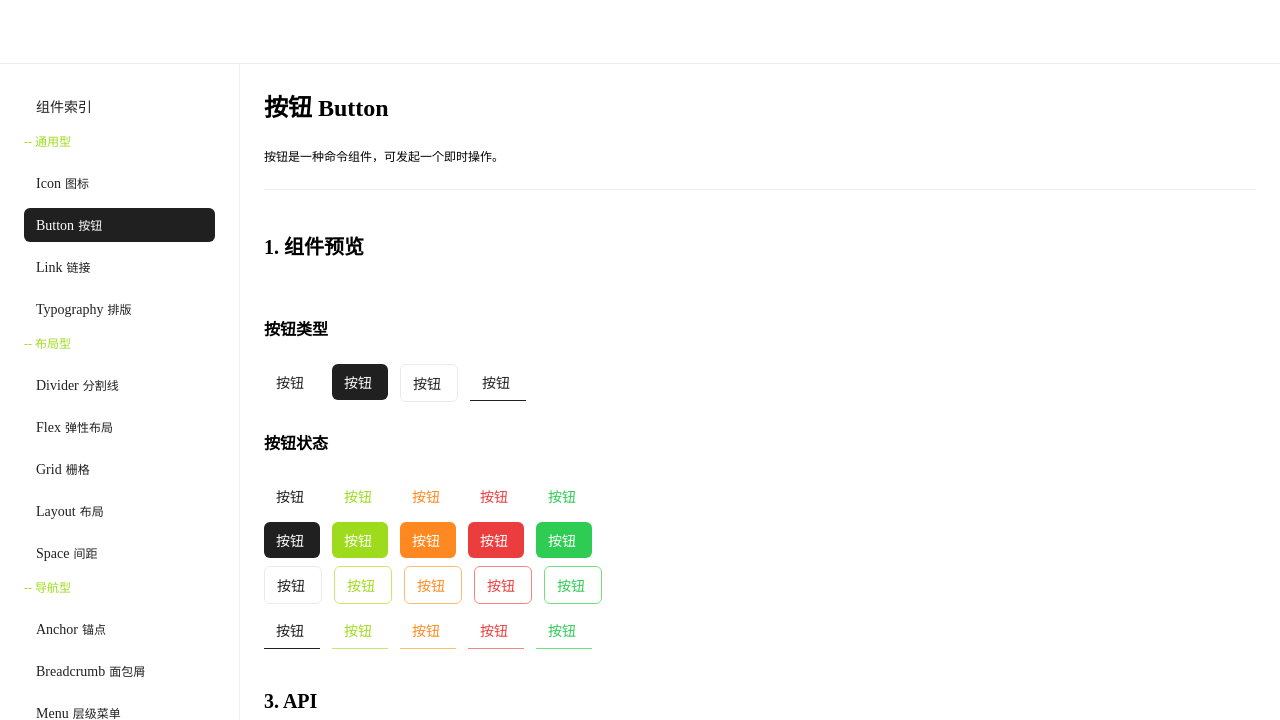
Repository: suminhan007/LandDesign
Page: /
An editor plug-in stored every save of this project. The page is shown before and after the next save, followed by the edit.
The browser window is 1280 px wide. The pictures show the whole page.
An inner scrolling area shows only its first screen. The project was rebuilt for these pictures with package versions that can differ from the ones it lists, and the page was loaded fresh each time. Also part of the build but not shown: vite.config.ts, packages/Pop.tsx, example/components/ComponentPreview.tsx, packages/Icon.tsx, example/components/IconExample.tsx.

Above is the page before, as saved 2024-03-17 18:59:25.

### index.html
<!DOCTYPE html>
<html lang="en">
  <head>
    <meta charset="UTF-8" />
    <link rel="icon" type="image/svg+xml" href="/vite.svg" />
    <meta name="viewport" content="width=device-width, initial-scale=1.0" />
    <title>Land Design</title>
  </head>
  <body>
    <div id="root"></div>
    <script type="module" src="/example/main.tsx"></script>
  </body>
</html>

### example/App.tsx
import React, { useState } from 'react';
import styled from 'styled-components';
import "./app.css";
import '../style/atomic.scss';
import '../style/variable.scss';

import Button from '../packages/Button';
import Divider from '../packages/Divider';
import Table from '../packages/Table';
import Title from '../packages/Title';
import ComponentPreview from './components/ComponentPreview';

// 引入数据
import {
  COMMON_COMPONENTS_DATA,
  LAYOUT_COMPONENTS_DATA,
  NAV_COMPONENTS_DATA,
  INPUT_COMPONENTS_DATA,
  DISPLAY_COMPONENTS_DATA,
  FEEDBACK_COMPONENTS_DATA,
  TEXT_COMPONENTS_DATA,
  OTHER_COMPONENTS_DATA
} from './mock';

const Nav_Data = [
  { id: 1, data: COMMON_COMPONENTS_DATA, title: '通用型' },
  { id: 2, data: LAYOUT_COMPONENTS_DATA, title: '布局型' },
  { id: 3, data: NAV_COMPONENTS_DATA, title: '导航型' },
  { id: 4, data: INPUT_COMPONENTS_DATA, title: '数据输入型' },
  { id: 5, data: DISPLAY_COMPONENTS_DATA, title: '输入展示型' },
  { id: 6, data: FEEDBACK_COMPONENTS_DATA, title: '反馈型' },
  { id: 7, data: TEXT_COMPONENTS_DATA, title: '文字型' },
  { id: 8, data: OTHER_COMPONENTS_DATA, title: '其他' },
]

function App() {
  const [activedId, setActivedId] = useState<number>(2);
  return (
    <div>
      <StyledTopNav></StyledTopNav>
      <div className='flex'>
        <StyledLeftNav className='flex column gap-20 py-24 px-24 overflow-auto'>
          {/* <Title title='-- 组件索引' type='p' className='my-8' style={{ color: 'var(--color-primary-6)' }} /> */}
              <Button
                text='组件索引'
                width='100%'
                justify='start'
                type={activedId === 0 ? 'background' : 'text'}
                onClick={() => setActivedId(0)}
              />
          {
            Nav_Data.map(navItem =>
              <div className='flex column gap-8'>
                <Title title={`-- ${navItem.title}`} type='p' className='my-8' style={{ color: 'var(--color-primary-6)' }} />
                {
                  navItem.data?.map(navBtnItem =>
                    <Button
                      key={navBtnItem.id}
                      text={navBtnItem.en}
                      subText={navBtnItem.zh}
                      width='100%'
                      justify='start'
                      type={activedId === navBtnItem.id ? 'background' : 'text'}
                      onClick={() => setActivedId(navBtnItem.id)}
                    />
                  )
                }
              </div>
            )
          }
        </StyledLeftNav>
        <StyledRightContent className='flex p-24 overflow-auto'>
          {/* 组件索引 */}
          {activedId === 0 && <ComponentPreview/>}
          {
            activedId != 0 && COMMON_COMPONENTS_DATA.filter(itm => itm.id === activedId).map(item =>
              <div className='width-100 flex column gap-24 mb-24' style={{height: 'fit-content'}}>
                <Title title={`${item.zh} ${item.en}`} type='h1' />
                <Title title={item.desc} type='p'/>
                <Divider />
                <Title title='1. 组件预览' type='h2' />
                  {item.example}
                <Title title='3. API' type='h2' />
                <Table titleData={[{ title: '属性', value: 'props' }, { title: '类型', value: 'type' }, { title: '描述', value: 'desc' }]} data={item.props} style={{ width: '100%' }} />

              </div>
            )
          }
        </StyledRightContent>
      </div>
    </div>
  )
}

const StyledTopNav = styled.div`
  height: 64px;
  border-bottom: 1px solid #eee;
  box-sizing: border-box;
`

const StyledLeftNav = styled.div`
    width: 240px;
    height: calc(100vh - 64px);
    flex-shrink: 0;
    border-right: 1px solid var(--color-border-1);
    box-sizing: border-box;
`

const StyledRightContent = styled.div`
    width: calc(100% - 48px);
    height: calc(100vh - 64px);
    box-sizing: border-box;
`

export default App

### example/app.css
body,
h1,
p {
    margin: 0;
    padding: 0;
}

### style/variable.scss
:root{
    // 主题色
    --color-primary-1: #FCFFE8; // 背景
    --color-primary-2: #EDF8BB; // 文字禁用
    --color-primary-3: #DCF190; // 禁用
    --color-primary-4: #C9E968; // 特殊选中 & 边框
    --color-primary-5: #B5E241; // 悬浮 :hover
    --color-primary-6: #9FDB1D; // 常规
    --color-primary-7: #7EB712; // 点击 :active
    --color-primary-8: #5F940A; // 已点击

    // 状态色: success warnning error
    --color-red-1: #FFECE8;
    --color-red-2: #FBCBC4;
    --color-red-3: #F7A9A1;
    --color-red-4: #F3867E;
    --color-red-5: #EF625D;
    --color-red-6: #EB3D3D;
    --color-red-7: #C3262B;
    --color-red-8: #9C141D;

    --color-orange-1: #FFF7E8;
    --color-orange-2: #FFE6C0;
    --color-orange-3: #FFD298;
    --color-orange-4: #FFBC70;
    --color-orange-5: #FFA448;
    --color-orange-6: #FF8920;
    --color-orange-7: #D26614;
    --color-orange-8: #A6490A;

    --color-green-1: #E8FFEA;
    --color-green-2: #BDF5C3;
    --color-green-3: #95EBA1;
    --color-green-4: #70E083;
    --color-green-5: #4ED669;
    --color-green-6: #2ECC52;
    --color-green-7: #1DAC43;
    --color-green-8: #108C35;

    // 链接色
    --color-link-1: #E8F3FF;
    --color-link-2: #BEDAFF;
    --color-link-3: #94BFFF;
    --color-link-4: #6AA1FF;
    --color-link-5: #4080FF;
    --color-link-6: #165DFF;
    --color-link-7: #0E42D2;
    --color-link-8: #072CA6;

    // 标签色 & 数据色
    --color-tag-1: #F53F3F;
    --color-tag-2: #FF7D00;
    --color-tag-3: #23C343;
    --color-tag-4: #14C9C9;
    --color-tag-5: #3491FA;
    --color-tag-6: #8D4EDA;
    --color-tag-7: #FF4A83;
    --color-tag-8: #4e5969;
    --color-tag-9: #DDBEF6;
    --color-tag-10: #FF99B2;
    --color-tag-11: #AFF0B5;

    // 边框色(无交互)
    --color-border-1: #EFEFEF; // 常规
    --color-border-2: #EAEAEA; // 重边框

    // 边框粗细
    --border-1: 1px;
    --border-2: 2px;

    // 背景色
    --color-bg-white: #FFF;
    --color-bg-1: #F9F9F9;
    --color-bg-2: #F6F6F6;
    --color-bg-3: #FAFAFA;

    // 文字色
    --color-text-1: #0D0D0D;
    --color-text-2: #202020;
    --color-text-3: #555;
    --color-text-4: #888;
    --color-text-light: #F9F9F9;
    --color-text-white: #FFF;

    // 字号
    --font-content-small: 12px; // 正文-小
    --font-content-medium: 14px; // 正文-常规
    --font-content-large: 16px; // 正文-大
    --font-title-mini: 12px; // 标题-辅助
    --font-title-small: 16px; // 标题-小
    --font-title-medium: 20px; // 标题-常规
    --font-title-large: 24px; // 标题常-大
    --font-slogan-small: 36px; // 视觉标题-小
    --font-slogan-medium: 48px; // 视觉标题-常规
    --font-slogan-large: 64px; // 视觉标题常-大

    // 字重
    --font-weight-300: 300; // light
    --font-weight-400: 400; // regular
    --font-weight-500: 500; // bold
    --font-weight-500: 600; // heavy

    // 亲密性
    --size-4: 4px;
    --size-8: 8px;
    --size-12: 12px;
    --size-20: 20px;
    --size-32: 32px;
    --size-80: 80px;

    // 图标尺寸
    --icon-mini: 12px;
    --icon-small: 16px;
    --icon-medium: 20px;
    --icon-large: 24px;

    // 圆角
    --radius-2: 2px;
    --radius-4: 4px;
    --radius-6: 6px;
    --radius-8: 8px;
    --radius-12: 12px;
    --radius-20: 20px;
    --radius-50: 50%;

    // 间距
    --padding-small: 4px;
    --padding-medium: 8px 12px;
    --padding-large: 16px;

    // 背景模糊
    ---blur-small: blur(10px);
    ---blur-medium: blur(15px);
    ---blur-large: blur(30px);

    // 透明度
    ---opacity-0: 0;
    ---opacity-01: 0.1;
    ---opacity-02: 0.2;
    ---opacity-04: 0.4;
    ---opacity-68: 0.68;
    ---opacity-08: 0.8;
    ---opacity-09: 0.9;
    ---opacity-1: 1;

    // 投影
    --boxshadow-small: 0 0px 4px rgba(0, 0, 0, 0.1);
    --boxshadow-medium: 0 0 10px rgba(0, 0, 0, 0.1);
    --boxshadow-large: 0 0 20px rgba(0, 0, 0, 0.1);

    // 过渡
    --transition-15: 0.15s;
    --transition-2: 0.2s;
    --transition-3: 0.3s;
    --transition-8: 0.8s;

    /****** 暗黑模式 ******/
}

### packages/Button.tsx
import React, { CSSProperties, useMemo } from 'react'
import styled from 'styled-components'
// import { IconLoading } from './Icon';
import Pop, { PopProps } from './Pop';

export type ButtonProps = {
  /* 按钮主要文案 */
  text?: string;
  /* 按钮次要文案 */
  subText?: string;
  /* 按钮图标: 若仅指定 icon 而未指定文案，则渲染为按钮图标（宽高一致） */
  icon?: React.ReactNode;
  /* 设置按钮宽度&高度：设置后 padding 将不起作用 */
  width?: string | number;
  height?: string | number;
  /* 按钮文字对齐方式 */
  justify?: 'center' | 'start' | 'end';
  /* 按钮风格 */
  type?: 'text' | 'background' | 'border' | 'line';
  /* 按钮状态 */
  status?: 'default' | 'primary' | 'warning' | 'danger' | 'success';
  /* 是否禁用 */
  disabled?: boolean;
  /* 是否记载中 */
  loading?: boolean;
  /* 按钮气泡 */
  pop?: React.ReactNode | string;
  /* 气泡配置 */
  PopProps?: PopProps;
  /* 跳转链接：按钮作为 a 标签 */
  href?: string;
  /* a 标签对应的 target 属性 */
  target?: '_self' | '_blank' | '_top' | '_parent';
  /* 按钮点击事件 */
  onClick?: (e: React.UIEvent) => void;
  style?: CSSProperties;
  className?: string;
}

const Button: React.FC<ButtonProps> = ({
  text = '按钮',
  subText,
  icon,
  width,
  height,
  justify = 'center',
  type = 'border',
  status = 'default',
  disabled,
  loading,
  pop,
  PopProps,
  href,
  target = '_blank',
  onClick,
  style,
  className = ''
}) => {
  /* 仅指定 icon 属性时 iconOnly 默认为true */
  const iconOnly = useMemo(() => {
    if (icon || loading) {
      if (!text && !subText) return true;
    }
  }, [icon, text, subText, loading])

  // 配置按钮颜色
  const buttonColorConfig = useMemo(() => {
    switch (status) {
      case 'success': return 'var(--color-green-';
      case 'warning': return 'var(--color-orange-';
      case 'danger': return 'var(--color-red-';
      case 'primary': return 'var(--color-primary-';
      default: return '';
    }
  }, [status])
  return (
    <>
      {!href ?
        <StyledButton
          className={`land-button ${type} ${status} ${disabled ? 'disabled' : ''} ${pop ? 'hover-pop' : ''} ${className}`}
          style={{
            width: width || 'fit-content',
            height: height || 'fit-content',
            ...style
          }}
          justify={justify}
          color={buttonColorConfig}
          onClick={(e: React.UIEvent) => onClick?.(e)}
        >
          {/* {loading ? <IconLoading /> : icon} */}
          {!iconOnly && <div>
            <span>{text}</span>
            <span className='subText'>{subText}</span>
          </div>}
          {pop && <Pop content={pop} {...PopProps} />}
        </StyledButton>
        :
        <StyleButtonLink
          href={href}
          target={target}
          className={`land-button ${pop ? 'hover-pop' : ''} ${className}`}
          style={{
            width: width || 'fit-content',
            height: height || 'fit-content',
            ...style
          }}
          justify={justify}
          color={buttonColorConfig}
          onClick={(e: React.UIEvent) => onClick?.(e)}
        >
          {/* {loading ? <IconLoading /> : icon} */}
          {!iconOnly && <div>
            <span>{text}</span>
            <span className='subText'>{subText}</span>
          </div>}
          {pop && <Pop content={pop} {...PopProps} />}
        </StyleButtonLink>
      }
    </>
  )
}

const StyledButton = styled.div<{
  justify?: any;
  color?: string;
}>`
    position: relative;
    display: flex;
    align-items: center;
    justify-content: ${props => props.justify};
    gap: var(--size-8);
    padding: var(--padding-medium);
    color: ${props => props.color ? `${props.color}6)` : 'var(--color-text-2)'};
    &:hover {
      color: ${props => props.color ? `${props.color}5)` : 'var(--color-text-3)'};
    }
    &:active {
      color: ${props => props.color ? `${props.color}7)` : 'var(--color-text-1)'};
    }
    font-size: var(--font-content-medium);
    border-radius: var(--radius-6);
    box-sizing: border-box;
    transition: all var(--transition-15) linear;
    cursor: pointer;
    .subText{
      margin-left: 4px;
      font-size: var(--font-content-small);
      opacity: var(--opacity-68);
    }

    &.text,
    &.border.default {
      &:hover {
        background-color: var(--color-bg-1);
      }
      &:active {
        background-color: var(--color-bg-2);
      }
    }

    &.background {
      color: var(--color-text-white);
      background-color: ${props => `${props.color}6)` };
      &.default {
        background-color: var(--color-text-2);
        &:hover {
          background-color: var(--color-text-1);
        }
        &:active {
          background-color: var(--color-text-1);
        }
      }
      &:hover {
        background-color: ${props => `${props.color}5)` };
      }
      &:active {
        background-color: ${props => `${props.color}7)` };
      }
    }

    &.border {
      border: ${props => `var(--border-1) solid ${props.color}4)`};
      &.default {
        border-color: var(--color-border-2);
      }
      &:hover {
        background-color: ${props => `${props.color}1)` };
      }
      &:active {
        background-color: ${props => `${props.color}2)` };
      }
    }

    &.line {
      border-bottom: var(--border-1) solid transparent;
      border-color: ${props => `${props.color}4)`};
      border-radius: 0;
      &.default {
        border-color: var(--color-text-2);
      }
    }

    &.disabled {
      opacity: var(--opacity-68);
      cursor: default;
    }
`

const StyleButtonLink = styled.a<{
  justify?: any;
}>`
  ${StyledButton};
  text-decoration: none;
`

export default Button

### packages/Divider.tsx
import React, { CSSProperties } from 'react'

export type DividerProps = {
    /* 分割线方向 */
    direction?: 'row' | 'column';
    /* 分割线粗细 */
    size?: number;
    /* 分割线上下或左右边距 */
    margin?: number;
    /* 分割线类型：实线或者虚线 */
    type?: 'solid' | 'dashed';
    /* 分割线颜色 */
    color?: string;
    /* 分割线包含的内容 */
    content?: React.ReactNode | string;
    /* 分割线包含内容时对齐方式 */
    align?: 'left' | 'center' | 'right';
    style?: CSSProperties;
    className?: string;
}

const Divider: React.FC<DividerProps> = ({
    direction = 'row',
    size = 1,
    margin = 0,
    type = 'solid',
    color = '#eee',
    content,
    align = 'center',
    style,
    className = ''
}) => {
    return (
        <div
            className={`land-divider ${className}`}
            style={{
                display: 'flex',
                alignItems: 'center',
                flexDirection: direction,
                gap: content && '8px',
                width: direction === 'row' ? '100%' : `${size}px`,
                height: direction === 'column' ? '100%' : 'auto',
                margin: direction === 'row' ? `${margin}px 0` : `0 ${margin}px`,
                ...style
            }}
        >
            <div
                style={{
                    flex: align === 'left' ? '10%' : align === 'right' ? '90%' : 1,
                    height: '0px',
                    borderBottom: direction === 'row' ? `${size}px ${type} ${color}` : 'none',
                    borderLeft: direction === 'column' ? `${size}px ${type} ${color}` : 'none',
                }}
            ></div>
            {content &&
                <>
                    <div
                        style={{
                            fontSize: '12px',
                            color: '#999',
                            writingMode: direction === 'column' ? 'vertical-rl' : 'unset',
                            textOrientation: direction === 'column' ? 'upright' : 'unset',
                        }}>
                        {content}
                    </div>
                    <div
                        style={{
                            flex: align === 'left' ? '90%' : align === 'right' ? '10%' : 1,
                            height: '0px',
                            borderBottom: direction === 'row' ? `${size}px ${type} ${color}` : 'none',
                            borderLeft: direction === 'column' ? `${size}px ${type} ${color}` : 'none',
                        }}
                    ></div>
                </>
            }
        </div >
    )
}

export default Divider

### packages/Table.tsx
import React, { CSSProperties } from 'react'
import styled from 'styled-components'

export type TableProps = {
    titleData?: { title: string | React.ReactNode, value: string }[];
    data?: any[]
    style?: CSSProperties;
    className?: string;
}

const Table: React.FC<TableProps> = ({
    titleData,
    data = [],
    style,
    className = ''
}) => {
    return (
        <StyledTable className={`land-table ${className}`} style={style}>
            <thead>
                <tr>
                    {titleData?.map((item1, index1) =>
                        <th key={index1}>{item1.title}</th>
                    )}
                </tr>
            </thead>
            <tbody>
                {data.map(item2 =>
                    <tr>
                        {Object.values(item2).map((item3: any) =>
                            <td>{item3}</td>
                        )}
                    </tr>
                )}
            </tbody>
        </StyledTable>
    )
}

const StyledTable = styled.table`
    border-spacing: 0px;
    border: 1px solid #eaeaea;
    border-radius: 4px;
    overflow: hidden;
    thead {
        background-color: #f9f9f9;
        td {
            text-align: center;
        }
    }
    tbody tr td{
        border-top: 1px solid #eaeaea;
    }
    thead tr th:not(:last-child),
    tbody tr td:not(:last-child) {
        border-right: 1px solid #eaeaea;
    }
    td,th {
        padding: 8px 16px;
        box-sizing: border-box;
        color: #333;
        line-height: 1.5em;
    }
`

export default Table;

### packages/Title.tsx
import React, { CSSProperties } from 'react'
import styled from 'styled-components'

export type TitleProps = {
  /* 标题内容 */
  title?: string;
  /* 标题层级 */
  type?: 'h1' | 'h2' | 'h3' | 'p';
  /* 标题前缀 */
  prefix?: string;
  /* 标题角标 */
  sub?: string | React.ReactNode;
  style?: CSSProperties;
  className?: string;
  onClick?: () => void;
}

const Pop: React.FC<TitleProps> = ({
  title,
  type = 'h1',
  prefix,
  sub,
  style,
  className = '',
  onClick
}) => {
  return (
    <StyledTitle className={`land-title ${className}`} style={style} onClick={() => onClick?.()}>
      {prefix && <span className='land-title-prefix'>{prefix}</span>}
      {type === 'h1' && <h1>{title}</h1>}
      {type === 'h2' && <h2>{title}</h2>}
      {type === 'h3' && <h3>{title}</h3>}
      {type === 'p' && <p>{title}</p>}
      {sub && typeof (sub) === 'string' ? <div className='land-title-sub'>{sub}</div> : <>{sub}</>}
    </StyledTitle>
  )
}

const StyledTitle = styled.div`
  position: relative;
  display: flex;
  align-items: center;
  gap: 8px;
  width: fit-content;
  font-weight: 600;
  h1 {
    font-size: 24px;
  }
  h2 {
    font-size: 20px;
  }
  h3 {
    font-size: 16px;
  }
  p {
    font-size: 12px;
    font-weight: 400;
  }
  .land-title-sub{
    position: absolute;
    top: -30%;
    right: -50%;
    padding: 2px 4px;
    font-size: 8px;
    font-weight: 400;
    color: white;
    background-color: #202023;
    border-radius: 4px;
  }
`

export default Pop

### example/components/ButtonExample.tsx
import React from 'react';
import Title from '../../packages/Title';
import Button from '../../packages/Button';

export default function ButtonExample() {
  return (
    // <div className='grid'>
    //     <Button type='text' /> <Button type='text' href='https://tacc-creative-ui.pages.woa.com/components/CreativeFilterHistory' />
    //     <Button type='text' status='primary' /> <Button type='text' status='success' /> <Button type='text' status='warning' /> <Button type='text' status='danger' />
    // </div>
    <div className='flex column gap-12'>
      <div className='flex column gap-8'>
        <Title title='按钮类型' type='h3' />
          <div className='flex gap-12'>
            <Button text='按钮' type='text' />
            <Button text='按钮' type='background' />
            <Button text='按钮' type='border' />
            <Button text='按钮' type='line'/>
          </div>
      </div>
      <div className='flex column gap-8'>
          <Title title='按钮状态' type='h3' />
          <div className='flex gap-12'>
            <Button text='按钮' type='text' status='default' />
            <Button text='按钮' type='text' status='primary' />
            <Button text='按钮' type='text' status='warning' />
            <Button text='按钮' type='text' status='danger' />
            <Button text='按钮' type='text' status='success'/>
        </div>
        <div className='flex gap-12'>
          <Button text='按钮' type='background' status='default'/>
          <Button text='按钮' type='background' status='primary'/>
          <Button text='按钮' type='background' status='warning'/>
          <Button text='按钮' type='background' status='danger'/>
          <Button text='按钮' type='background' status='success'/>
        </div>
        <div className='flex gap-12'>
          <Button text='按钮' type='border' status='default'/>
          <Button text='按钮' type='border' status='primary'/>
          <Button text='按钮' type='border' status='warning'/>
          <Button text='按钮' type='border' status='danger'/>
          <Button text='按钮' type='border' status='success'/>
        </div>
        <div className='flex gap-12'>
          <Button text='按钮' type='line' status='default'/>
          <Button text='按钮' type='line' status='primary'/>
          <Button text='按钮' type='line' status='warning'/>
          <Button text='按钮' type='line' status='danger'/>
          <Button text='按钮' type='line' status='success'/>
          </div>
      </div>
    </div>
  )
}

Loaded but not shown: example/main.tsx (common file); example/mock.tsx (558 lines, source omitted); style/atomic.scss (516 lines, source omitted)

After the next save:
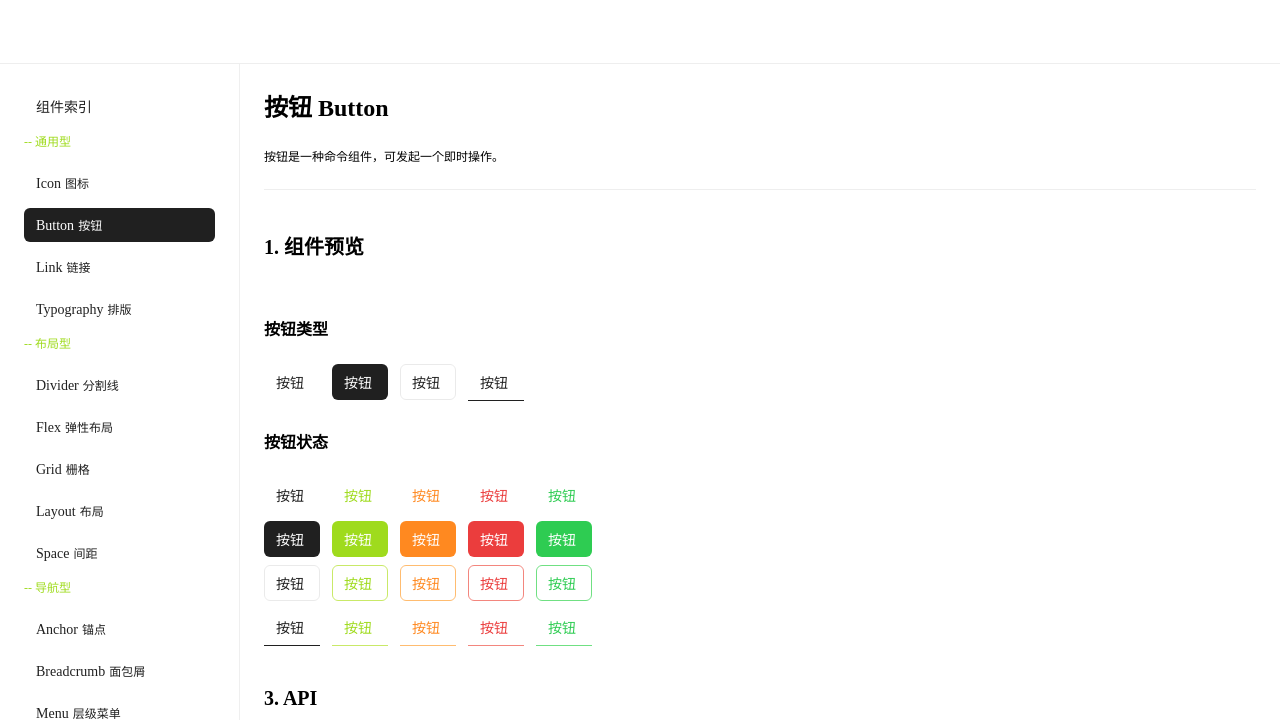
Saved 112 s later.
--- a/packages/Button.tsx
+++ b/packages/Button.tsx
@@ -179,6 +179,7 @@ const StyledButton = styled.div<{
     }
 
     &.border {
+      padding: 7px 11px;
       border: ${props => `var(--border-1) solid ${props.color}4)`};
       &.default {
         border-color: var(--color-border-2);
